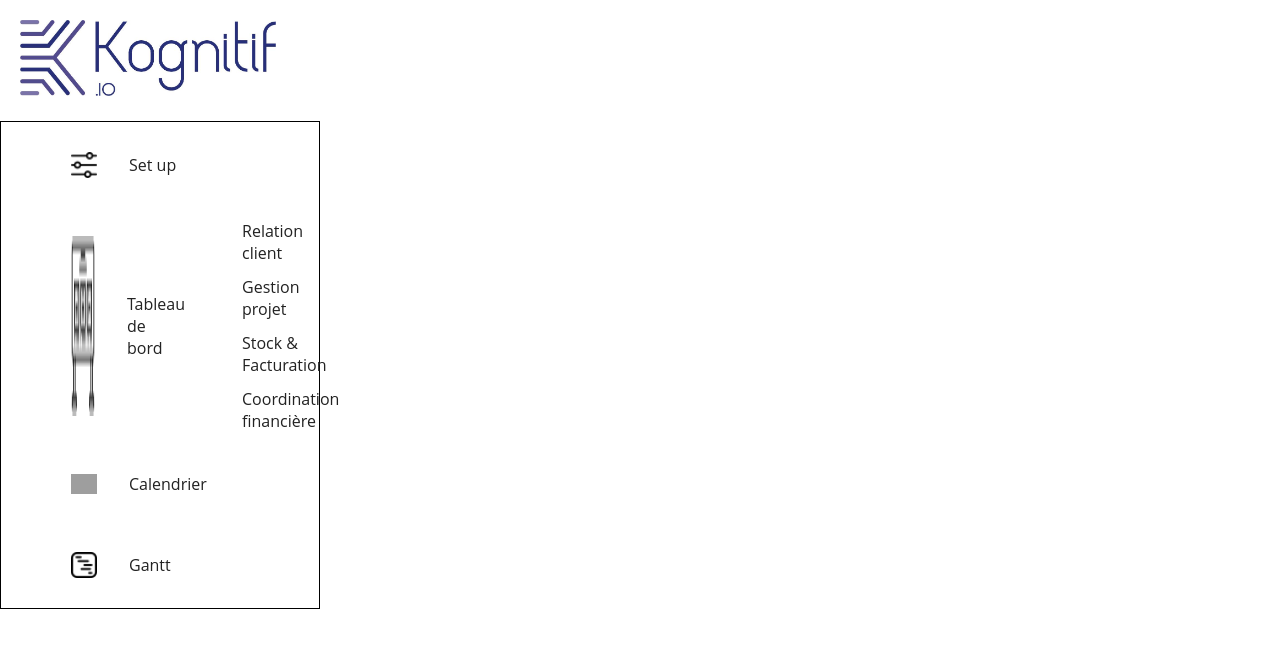
Repository: Cordelia013/testKognitifs
Page: index.html
An editor plug-in stored every save of this project. The page is shown before and after a run of saves, followed by the edit.
The browser window is 1280 px wide. The pictures show the whole page.
The pointer rests on the first visible `.navBoard`.
Pictures or frames that could not be fetched are drawn as grey boxes.

Above is the page before, as saved 2021-08-04 20:06:03.
Console error: ReferenceError: $ is not defined

### index.html
<!DOCTYPE html>
<html lang="en">

<head>
    <meta charset="UTF-8" />
    <meta http-equiv="X-UA-Compatible" content="IE=edge" />
    <meta name="viewport" content="width=device-width, initial-scale=1.0" />
    <link rel="stylesheet" href="https://cdnjs.cloudflare.com/ajax/libs/font-awesome/4.7.0/css/font-awesome.min.css" />
    <script src="/script/main.js" defer></script>
    <link rel="stylesheet" href="/styles/main.css" />
    <title>Konnexion</title>
</head>

<body>
    <!-- 1er partie -->

    <div>
        <img src="/img/Kognitif-1.jpg" alt="logo">

        <ul id="navbar">
            <li><img src="/img/png/002-equalizer.png" alt="equalizer" srcset=""><a href="#">Set up</a>

            <li class="navBoard"><img src="/img/png/003-bulletin-board.png" alt="" srcset=""><a href="#">Tableau de bord</a>

                <ul class="menuBoard">

                    <li>Relation client</li>
                    <li>Gestion projet</li>
                    <li>Stock & Facturation</li>
                    <li>Coordination financière</li>
                </ul>
            </li>

            <li><img src="/img/png/001-calendar.png" alt="" srcset=""><a href="#">Calendrier</a></li>
            <li><img src="/img/png/004-diagramme-de-gantt.png" alt="" srcset=""><a href="#">Gantt</a></li>
            <ul>

    </div>

</body>

</html>

### script/main.js
$('ul.nav li.dropdown').hover(function() {
    $(this).find('.dropdown-menu').stop(true, true).delay(200).fadeIn(500);
  }, function() {
    $(this).find('.dropdown-menu').stop(true, true).delay(200).fadeOut(500);
  });

### styles/main.css
* {
    margin: 0px;
    /* padding: 0px; */
    box-sizing: border-box;
}

/* général */

html,
body {
    font-family: "Open Sans", sans-serif;
    color: #222;
}
h1,
h2,
h3 {
    margin-bottom: 2px;
}

a {
    color: #222;
    text-decoration: none;
}
a:hover {
    color: blue;
}
p {
    margin-bottom: 10px;
}
i {
    padding: 5px;
    margin-right: 10px;
}
li {
    padding: 5px;
    margin: 2px;
    list-style-type: none;
}
img {
    width: 20%;
    margin: 20px;
}
img li {
    width: 2%;
    margin: 2px;
}
#navbar > li:nth-child(1),
li:nth-child(2),
li:nth-child(3),
li:nth-child(4) {
    display: flex;
    justify-content: left;
}

#navbar > li > a {
    padding: 10px;
    display: flex;
    align-items: center;
}

#navbar > li > img:nth-child(1) {
    width: 2rem;
    margin-right: 19px;
    padding: 3px;
}

/* navBar */

#navbar {
    width: 20rem;
    border: 1px solid black;
}

.menuBoard {
    display: none;
}

.navBoard:hover .menuBoard {
    display: block;
}

After the next 4 saves:
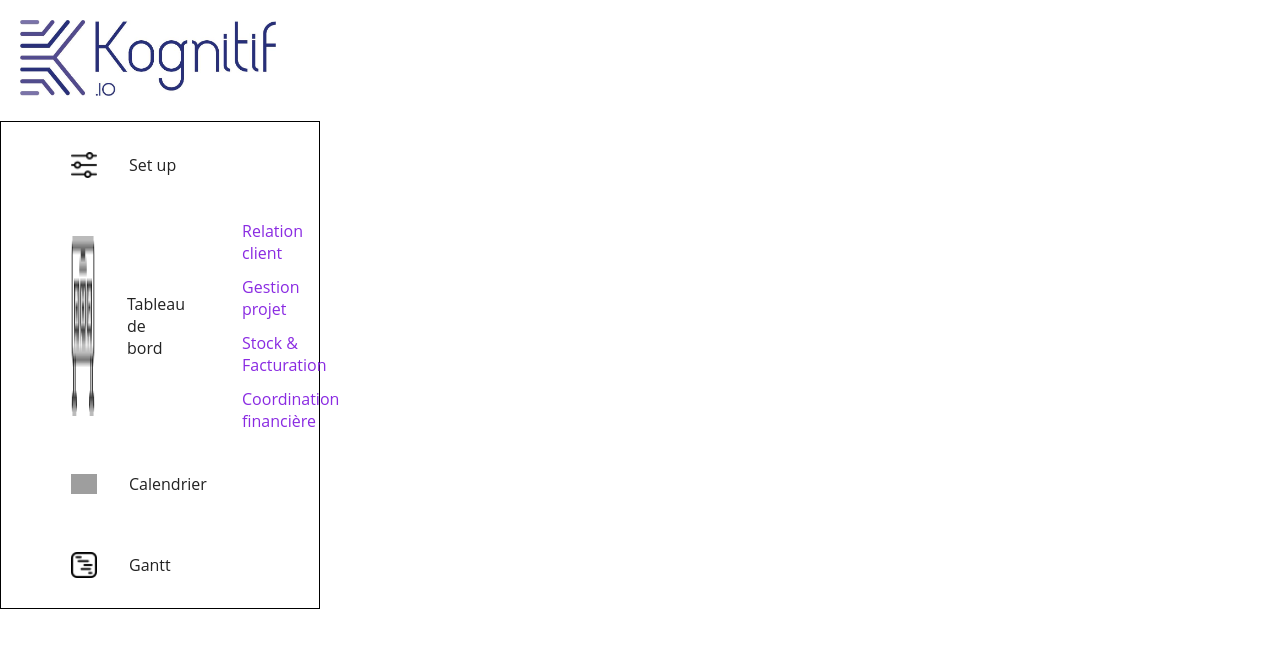
The 4 saves are shown as one change because they came seconds apart.
The last was saved 6 min 25 s later.
--- a/styles/main.css
+++ b/styles/main.css
@@ -77,4 +77,5 @@
 
 .navBoard:hover .menuBoard {
     display: block;
+    color: blueviolet;
 }
